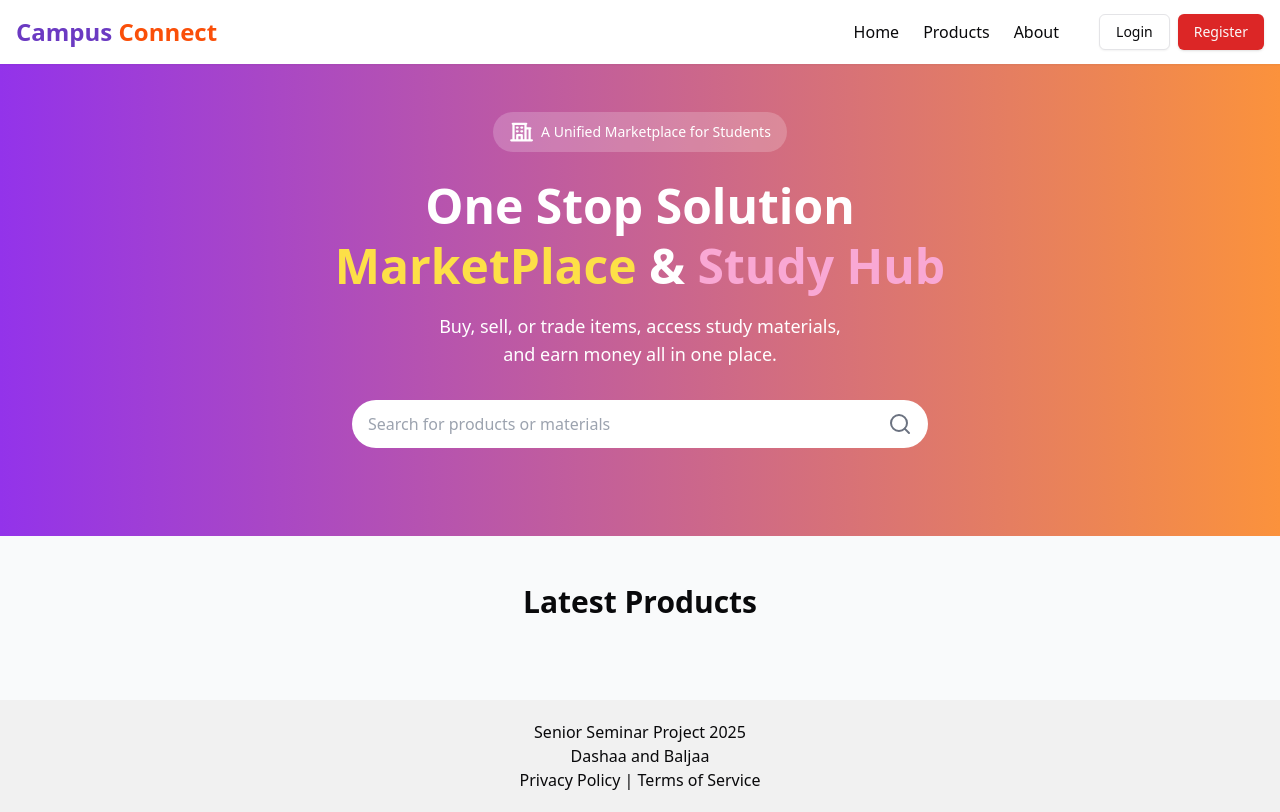
Repository: DashaaFX/Campus-Connect-CSC482
Page: /home (app in frontend-recovery/)
The author's editor kept a copy of each file at every save. The page is drawn from the files as they stood at one save, then again after the next save.
The browser window is 1280 px wide. The pictures show the whole page.
The page's requests for data from a server got no answer. The project was rebuilt for these pictures with package versions that can differ from the ones it lists, and the page was loaded fresh each time. No one was signed in, and anything a server would have sent is missing. Also part of the build but not shown: frontend-recovery/vite.config.js, frontend-recovery/src/components/ui/popover.jsx, frontend-recovery/src/components/ui/avatar.jsx, frontend-recovery/src/components/ui/label.jsx, frontend-recovery/src/components/ui/input.jsx, frontend-recovery/src/components/ui/radio-group.jsx, frontend-recovery/src/components/authentication/Login.jsx, frontend-recovery/src/components/authentication/Register.jsx and 16 more.

Above is the page before, as saved 2025-04-24 21:48:37.

### frontend-recovery/index.html
<!doctype html>
<html lang="en">
  <head>
    <meta charset="UTF-8" />
    <link rel="icon" href="/sunfire sensei logo.png" />
    <meta name="viewport" content="width=device-width, initial-scale=1.0" />
    <title>Campus Connect</title>
  </head>
  <body>
    <div id="root"></div>
    <script type="module" src="/src/main.jsx"></script>
  </body>
</html>

### frontend-recovery/src/main.jsx
import { StrictMode } from "react";
import { createRoot } from "react-dom/client";
import "./index.css";
import App from "./App.jsx";
import { Toaster } from "./components/ui/sonner";
import { Provider } from "react-redux";
import { persistStore } from "redux-persist";

import store from "./redux/store";
import { PersistGate } from "redux-persist/integration/react";

const persistor = persistStore(store);

createRoot(document.getElementById("root")).render(
  <StrictMode>
    <Provider store={store}>
      <PersistGate loading={null} persistor={persistor}>
        <App />
        <Toaster />
      </PersistGate>
    </Provider>
  </StrictMode>
);

### frontend-recovery/src/index.css
@tailwind base;
@tailwind components;
@tailwind utilities;

/* ... */

@layer base {
  :root {

    --background: 0 0% 100%;

    --foreground: 240 10% 3.9%;

    --card: 0 0% 100%;

    --card-foreground: 240 10% 3.9%;

    --popover: 0 0% 100%;

    --popover-foreground: 240 10% 3.9%;

    --primary: 240 5.9% 10%;

    --primary-foreground: 0 0% 98%;

    --secondary: 240 4.8% 95.9%;

    --secondary-foreground: 240 5.9% 10%;

    --muted: 240 4.8% 95.9%;

    --muted-foreground: 240 3.8% 46.1%;

    --accent: 240 4.8% 95.9%;

    --accent-foreground: 240 5.9% 10%;

    --destructive: 0 84.2% 60.2%;

    --destructive-foreground: 0 0% 98%;

    --border: 240 5.9% 90%;

    --input: 240 5.9% 90%;

    --ring: 240 10% 3.9%;

    --chart-1: 12 76% 61%;

    --chart-2: 173 58% 39%;

    --chart-3: 197 37% 24%;

    --chart-4: 43 74% 66%;

    --chart-5: 27 87% 67%;

    --radius: 0.5rem
  }
  .dark {

    --background: 240 10% 3.9%;

    --foreground: 0 0% 98%;

    --card: 240 10% 3.9%;

    --card-foreground: 0 0% 98%;

    --popover: 240 10% 3.9%;

    --popover-foreground: 0 0% 98%;

    --primary: 0 0% 98%;

    --primary-foreground: 240 5.9% 10%;

    --secondary: 240 3.7% 15.9%;

    --secondary-foreground: 0 0% 98%;

    --muted: 240 3.7% 15.9%;

    --muted-foreground: 240 5% 64.9%;

    --accent: 240 3.7% 15.9%;

    --accent-foreground: 0 0% 98%;

    --destructive: 0 62.8% 30.6%;

    --destructive-foreground: 0 0% 98%;

    --border: 240 3.7% 15.9%;

    --input: 240 3.7% 15.9%;

    --ring: 240 4.9% 83.9%;

    --chart-1: 220 70% 50%;

    --chart-2: 160 60% 45%;

    --chart-3: 30 80% 55%;

    --chart-4: 280 65% 60%;

    --chart-5: 340 75% 55%
  }
}

@layer base {
  * {
    @apply border-border;
  }
  body {
    @apply bg-background text-foreground;
  }
}

@keyframes collapsible-down {
  from {
    height: 0;
    opacity: 0;
  }
  to {
    height: var(--radix-collapsible-content-height);
    opacity: 1;
  }
}

@keyframes collapsible-up {
  from {
    height: var(--radix-collapsible-content-height);
    opacity: 1;
  }
  to {
    height: 0;
    opacity: 0;
  }
}

### frontend-recovery/src/App.jsx
import React from "react";
import Navbar from "./components/components_lite/Navbar";
import Login from "./components/authentication/Login";
import Register from "./components/authentication/Register";
import { createBrowserRouter, RouterProvider } from "react-router-dom";
import Home from "./components/components_lite/Home";
import PrivacyPolicy from "./components/components_lite/PrivacyPolicy.jsx";
import TermsofService from "./components/components_lite/TermsofService.jsx";
import Profile from "./components/components_lite/Profile.jsx";
import ProtectedRoute from "./components/admincomponent/ProtectedRoute";
import Creator from "./components/creator/Creator.jsx";
import PostProduct from "./components/admincomponent/PostProduct";
import EditProductForm from "./components/admincomponent/EditProductForm";
import AdminProducts from "./pages/AdminProducts"; // Import the new component

const appRouter = createBrowserRouter([
  { path: "/", element: <Home /> },
  {
    path: "/login",
    element: <Login />,
  },
  {
    path: "/register",
    element: <Register />,
  },
  {
    path: "/profile",
    element: <Profile />,
  },
  {
    path: "/privacy-policy",
    element: <PrivacyPolicy />,
  },
  {
    path: "/terms-of-service",
    element: <TermsofService />,
  },
  {
    path: "/home",
    element: <Home />,
  },
  {
    path: "/creator",
    element: <Creator />
  },
  {
    path: "/admin",
    children: [
      {
        path: "products",
        element: (

            <AdminProducts />

        ),
      },
      {
        path: "products/create",
        element: (

            <PostProduct />

        ),
      },
      {
        path: "products/:id",
        element: (

            <EditProductForm />

        ),
      },
    ],
  },
]);

function App() {
  return (
    <div>

      <RouterProvider router={appRouter} />
    </div>
  );
}

export default App;

### frontend-recovery/src/components/ui/sonner.jsx
import { useTheme } from "next-themes"
import { Toaster as Sonner } from "sonner"

const Toaster = ({
  ...props
}) => {
  const { theme = "system" } = useTheme()

  return (
    (<Sonner
      theme={theme}
      className="toaster group"
      toastOptions={{
        classNames: {
          toast:
            "group toast group-[.toaster]:bg-background group-[.toaster]:text-foreground group-[.toaster]:border-border group-[.toaster]:shadow-lg",
          description: "group-[.toast]:text-muted-foreground",
          actionButton:
            "group-[.toast]:bg-primary group-[.toast]:text-primary-foreground",
          cancelButton:
            "group-[.toast]:bg-muted group-[.toast]:text-muted-foreground",
        },
      }}
      {...props} />)
  );
}

export { Toaster }

### frontend-recovery/src/components/components_lite/Home.jsx
// src/components/components_lite/Home.jsx
import React, { useEffect, useState } from 'react';
import Navbar from './Navbar';
import Header from './Header';
import Footer from './Footer';
import axios from 'axios';
import { PRODUCT_API_ENDPOINT } from '@/utils/data';
import { Link } from 'react-router-dom';
import { Button } from '../ui/button';
import LatestProducts from './LatestProducts';

const BASE_URL = import.meta.env.VITE_API_BASE_URL || 'http://localhost:3000';

const Home = () => {
  const [recentProducts, setRecentProducts] = useState([]);

  useEffect(() => {
    axios
      .get(`${PRODUCT_API_ENDPOINT}?limit=6&sort=-createdAt`)
      .then(res => {
        setRecentProducts(res.data.data || res.data);
      })
      .catch(err => console.error('Failed to load products', err));
  }, []);

  return (
    <div className="min-h-screen flex flex-col">
      <Navbar />
      <Header />

      <main className="flex-grow bg-gray-50 py-12 px-4">
        <div className="container mx-auto">
          <h2 className="text-3xl font-bold text-center mb-8">Latest Products</h2>
          <div className="grid grid-cols-1 sm:grid-cols-2 md:grid-cols-3 gap-6">
            {recentProducts.map(product => (
              <Link
                key={product._id}
                to={`/products/${product._id}`}
                className="block bg-white rounded-lg shadow hover:shadow-lg transition-shadow p-4 flex flex-col"
              >
                <img
                  src={
                    product.images?.[0]
                      ? `${BASE_URL}${product.images[0]}`
                      : '/placeholder-image.jpg'
                  }
                  alt={product.title}
                  className="h-40 w-full object-cover rounded"
                />
                <h3 className="mt-4 font-semibold text-lg">{product.title}</h3>
                <p className="text-sm text-gray-500 flex-grow mt-1">
                  {product.description?.substring(0, 60)}...
                </p>
                <div className="mt-4 flex items-center justify-between">
                  <span className="font-bold text-xl">${product.price.toFixed(2)}</span>
                  <Button size="sm">View</Button>
                </div>
              </Link>
            ))}
          </div>
        </div>
      </main>

      <Footer />
    </div>
  );
};

export default Home;

### frontend-recovery/src/components/ui/button.jsx
import * as React from "react"
import { Slot } from "@radix-ui/react-slot"
import { cva } from "class-variance-authority";

import { cn } from "@/lib/utils"

const buttonVariants = cva(
  "inline-flex items-center justify-center gap-2 whitespace-nowrap rounded-md text-sm font-medium transition-colors focus-visible:outline-none focus-visible:ring-1 focus-visible:ring-ring disabled:pointer-events-none disabled:opacity-50 [&_svg]:pointer-events-none [&_svg]:size-4 [&_svg]:shrink-0",
  {
    variants: {
      variant: {
        default:
          "bg-primary text-primary-foreground shadow hover:bg-primary/90",
        destructive:
          "bg-destructive text-destructive-foreground shadow-sm hover:bg-destructive/90",
        outline:
          "border border-input bg-background shadow-sm hover:bg-accent hover:text-accent-foreground",
        secondary:
          "bg-secondary text-secondary-foreground shadow-sm hover:bg-secondary/80",
        ghost: "hover:bg-accent hover:text-accent-foreground",
        link: "text-primary underline-offset-4 hover:underline",
      },
      size: {
        default: "h-9 px-4 py-2",
        sm: "h-8 rounded-md px-3 text-xs",
        lg: "h-10 rounded-md px-8",
        icon: "h-9 w-9",
      },
    },
    defaultVariants: {
      variant: "default",
      size: "default",
    },
  }
)

const Button = React.forwardRef(({ className, variant, size, asChild = false, ...props }, ref) => {
  const Comp = asChild ? Slot : "button"
  return (
    (<Comp
      className={cn(buttonVariants({ variant, size, className }))}
      ref={ref}
      {...props} />)
  );
})
Button.displayName = "Button"

export { Button, buttonVariants }

### frontend-recovery/src/components/components_lite/Header.jsx
// src/components/components_lite/Header.jsx
import React, { useEffect, useState } from 'react';
import { Button } from '../ui/button';
import { Search } from 'lucide-react';
import { PiBuildingOfficeBold } from 'react-icons/pi';
import axios from 'axios';
import { CATEGORY_API_ENDPOINT } from '@/utils/data';
import { useNavigate } from 'react-router-dom';

const Header = () => {
  const [categories, setCategories] = useState([]);
  const navigate = useNavigate();

  useEffect(() => {
    axios
      .get(CATEGORY_API_ENDPOINT)
      .then(res => setCategories(res.data))
      .catch(err => console.error('Failed to load categories', err));
  }, []);

  return (
    <header className="bg-gradient-to-r from-purple-600 to-orange-400 text-white py-12 px-4">
      <div className="container mx-auto text-center">
        <div className="mb-6">
          <span className="inline-flex items-center px-4 py-2 bg-white bg-opacity-20 rounded-full text-sm font-medium">
            <PiBuildingOfficeBold className="mr-2 text-2xl" />
            A Unified Marketplace for Students
          </span>
        </div>
        <h1 className="text-5xl font-extrabold leading-tight mb-4">
          One Stop Solution <br />
          <span className="text-yellow-300">MarketPlace</span> & <span className="text-pink-300">Study Hub</span>
        </h1>
        <p className="text-lg mb-8">
          Buy, sell, or trade items, access study materials,<br /> and earn money all in one place.
        </p>
        <div className="max-w-xl mx-auto relative">
          <input
            type="text"
            placeholder="Search for products or materials"
            className="w-full py-3 px-4 rounded-full text-black focus:outline-none"
          />
          <Search className="absolute right-4 top-1/2 transform -translate-y-1/2 text-gray-500" />
        </div>
      </div>

      <nav className="mt-10 overflow-x-auto">
        <ul className="flex space-x-4 px-4">
          {categories.map(cat => (
            <li key={cat._id}>
              <Button
                variant="outline"
                onClick={() => navigate(`/products/category/${cat._id}`)}
              >
                {cat.name.replace(/_/g, ' ')}
              </Button>
            </li>
          ))}
        </ul>
      </nav>
    </header>
  );
};

export default Header;

### frontend-recovery/src/components/components_lite/Footer.jsx
import React from "react";
import { Link } from "react-router-dom";

const Footer = () => {
  return (
    <div>
      {/* Footer for the current page */}
      <div
        style={{
          textAlign: "center",
          padding: "20px",
          backgroundColor: "#f1f1f1",
        }}
      >
        <p> Senior Seminar Project 2025</p>
        <p>
          Dashaa and Baljaa
        </p>
        <p>
          <Link to={"/PrivacyPolicy"}>Privacy Policy </Link> |
          <Link to={"/TermsofService"}> Terms of Service</Link>
        </p>
      </div>
    </div>
  );
};

export default Footer;

### frontend-recovery/src/components/components_lite/LatestProducts.jsx
// src/components/components_lite/LatestProducts.jsx
import React, { useEffect, useState } from 'react';
import axios from 'axios';
import { PRODUCT_API_ENDPOINT } from '@/utils/data';
import { Link } from 'react-router-dom';
import { Button } from '../ui/button';

const BASE_URL = import.meta.env.VITE_API_BASE_URL || 'http://localhost:3000';

const LatestProducts = ({ limit = 6 }) => {
  const [products, setProducts] = useState([]);

  useEffect(() => {
    axios
      .get(`${PRODUCT_API_ENDPOINT}?limit=${limit}&sort=-createdAt`)
      .then(res => setProducts(res.data.data || res.data))
      .catch(err => console.error('Failed to load products', err));
  }, [limit]);

  return (
    <div className="grid grid-cols-1 sm:grid-cols-2 md:grid-cols-3 gap-6">
      {products.map(product => (
        <Link
          key={product._id}
          to={`/products/${product._id}`}
          className="block bg-white rounded-lg shadow hover:shadow-lg transition-shadow p-4 flex flex-col"
        >
          <img
            src={
              product.images?.[0]
                ? `${BASE_URL}${product.images[0]}`
                : '/placeholder-image.jpg'
            }
            alt={product.title}
            className="h-40 w-full object-cover rounded"
          />
          <h3 className="mt-4 font-semibold text-lg">{product.title}</h3>
          <p className="text-sm text-gray-500 flex-grow mt-1">
            {product.description?.substring(0, 60)}...
          </p>
          <div className="mt-4 flex items-center justify-between">
            <span className="font-bold text-xl">${product.price.toFixed(2)}</span>
            <Button size="sm">View</Button>
          </div>
        </Link>
      ))}
    </div>
  );
};

export default LatestProducts;

Loaded but not shown: frontend-recovery/src/lib/utils.js (common file); frontend-recovery/tailwind.config.js (common file); frontend-recovery/src/redux/productSlice.js (180 lines, source omitted); frontend-recovery/src/redux/authSlice.js (133 lines, source omitted); frontend-recovery/src/redux/store.js (39 lines, source omitted); frontend-recovery/src/utils/data.js (6 lines, source omitted); frontend-recovery/src/components/components_lite/Navbar.jsx (123 lines, source omitted)

After the next save:
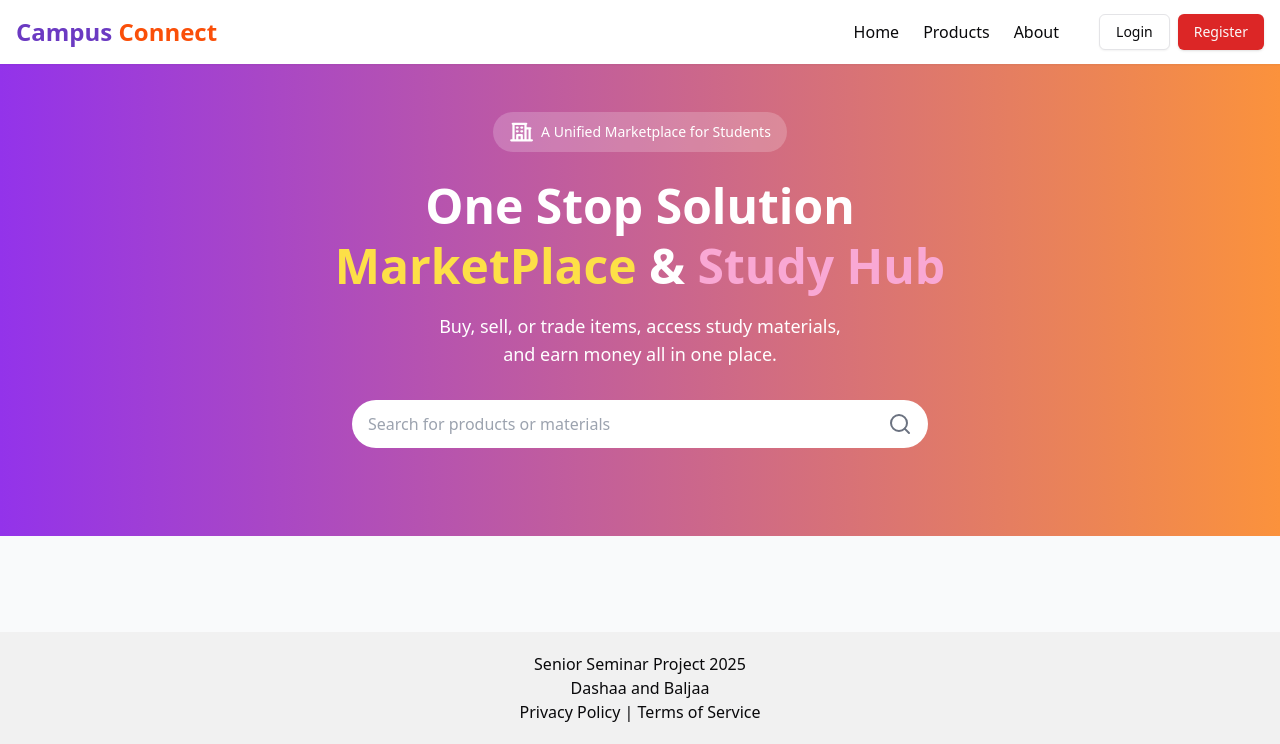
Saved 12 s later.
--- a/frontend-recovery/src/components/components_lite/Home.jsx
+++ b/frontend-recovery/src/components/components_lite/Home.jsx
@@ -29,36 +29,7 @@
       <Header />
 
       <main className="flex-grow bg-gray-50 py-12 px-4">
-        <div className="container mx-auto">
-          <h2 className="text-3xl font-bold text-center mb-8">Latest Products</h2>
-          <div className="grid grid-cols-1 sm:grid-cols-2 md:grid-cols-3 gap-6">
-            {recentProducts.map(product => (
-              <Link
-                key={product._id}
-                to={`/products/${product._id}`}
-                className="block bg-white rounded-lg shadow hover:shadow-lg transition-shadow p-4 flex flex-col"
-              >
-                <img
-                  src={
-                    product.images?.[0]
-                      ? `${BASE_URL}${product.images[0]}`
-                      : '/placeholder-image.jpg'
-                  }
-                  alt={product.title}
-                  className="h-40 w-full object-cover rounded"
-                />
-                <h3 className="mt-4 font-semibold text-lg">{product.title}</h3>
-                <p className="text-sm text-gray-500 flex-grow mt-1">
-                  {product.description?.substring(0, 60)}...
-                </p>
-                <div className="mt-4 flex items-center justify-between">
-                  <span className="font-bold text-xl">${product.price.toFixed(2)}</span>
-                  <Button size="sm">View</Button>
-                </div>
-              </Link>
-            ))}
-          </div>
-        </div>
+
       </main>
 
       <Footer />

After the save that followed:
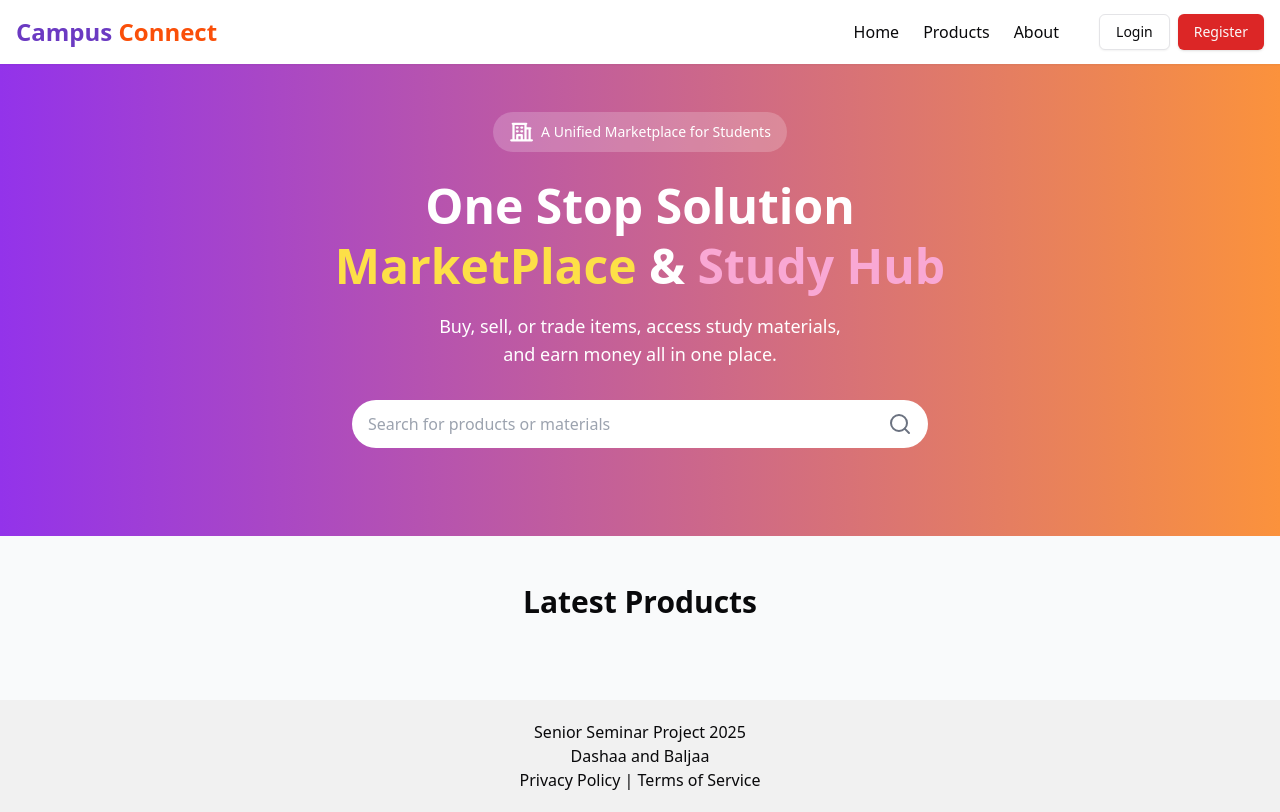
Saved 7 s later.
--- a/frontend-recovery/src/components/components_lite/Home.jsx
+++ b/frontend-recovery/src/components/components_lite/Home.jsx
@@ -29,8 +29,11 @@
       <Header />
 
       <main className="flex-grow bg-gray-50 py-12 px-4">
-
-      </main>
+      <div className="container mx-auto">
+        <h2 className="text-3xl font-bold text-center mb-8">Latest Products</h2>
+        <LatestProducts limit={6} />
+      </div>
+    </main>
 
       <Footer />
     </div>
